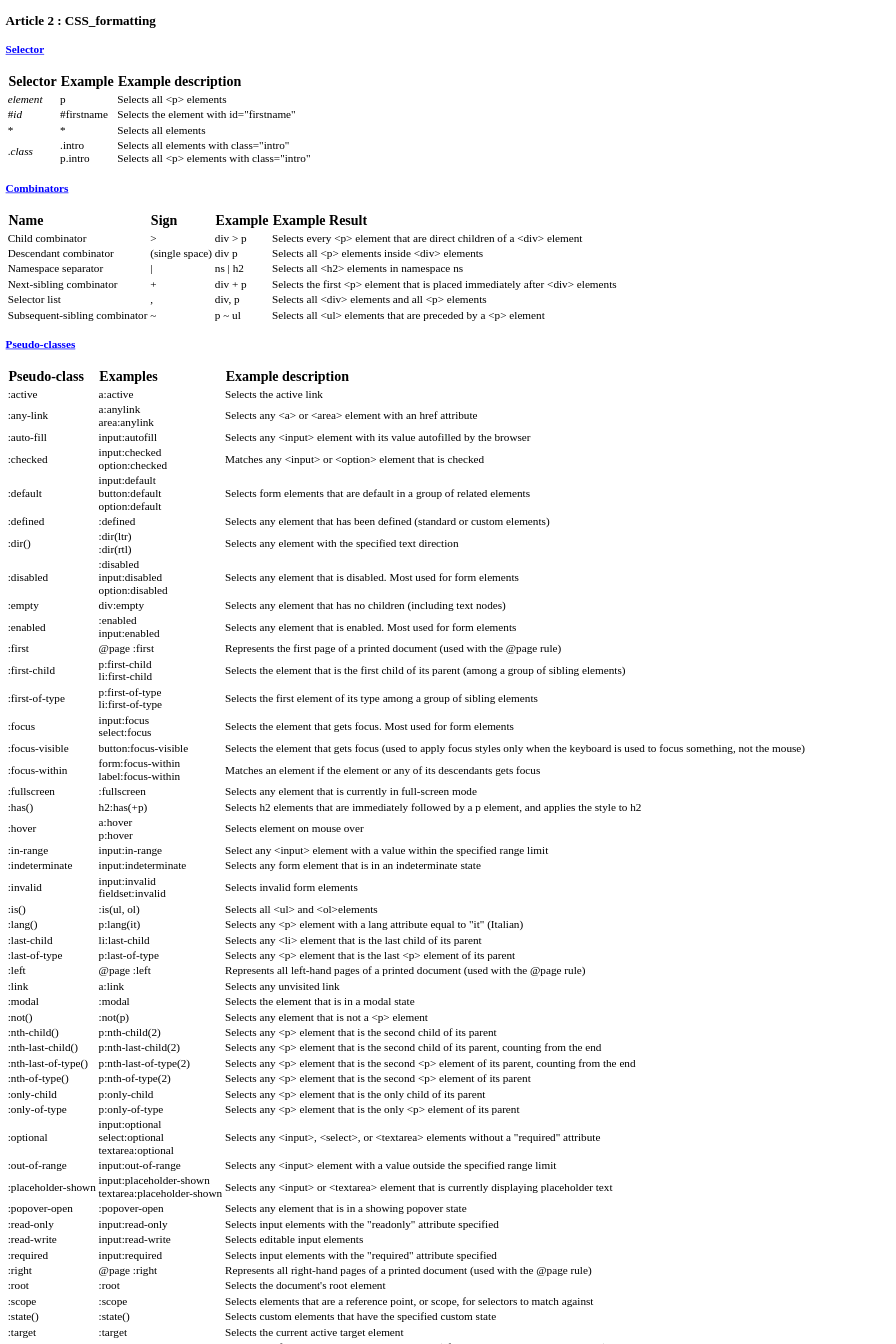
Repository: AnnaSpirit/2025_
Page: Bases/CSS_formatting.html
These files come from the project's save history. The page is drawn as it stood at one moment and after a run of saves; the edit follows.
The browser window is 1280 px wide. The pictures show the part of the page from y = 0 to 1920 px (the page is 2571 px tall), at 70% of full size.

Above is the page before, as saved 2025-01-09 14:19:07.

### Bases/CSS_formatting.html
<!DOCTYPE html>
<html lang="en">
<head>
	<meta charset="UTF-8">
	<meta name="viewport" content="width=device-width, initial-scale=1.0">
	<title>CSS_formatting</title>
	<style>
		th{
		table-layout: auto;
		display: table-cell;
		vertical-align: middle;
		font-weight: bold;
		padding: 2px;
		text-align:justify;
		font-size: 20px;
		}
		.subSection{
			color: blue;
			font-weight: bold;
			text-decoration: underline;
		}
	</style>
</head>
<body>
<h3>Article 2 : CSS_formatting</h3>
<h4 class = "subSection">Selector</h4>
<table>
<tr>
	<th>Selector</th>
	<th>Example</th>
	<th>Example description</th>
</tr>
<tr>
	<td><i>element</i></td>
	<td>p</td>
	<td>Selects all &lt;p&gt; elements</td>
</tr>
<tr>
	<td>#<i>id</i></td>
	<td>#firstname</td>
	<td>Selects the element with id="firstname"</td>
</tr>
<tr>
	<td>*</td>
	<td>*</td>
	<td>Selects all elements</td>
</tr>
<tr>
	<td>.<i>class</i></td>
	<td>.intro<br>p.intro</td>
	<td>Selects all elements with class="intro"<br>Selects all &lt;p&gt; elements with class="intro"
	</td>
</tr>
</table>
<h4 class = "subSection">Combinators</h4>
<table>
<tbody>
	<tr>
		<th>Name</th>
		<th>Sign</th>
		<th>Example</th>
		<th>Example Result</th>
	</tr>
	<tr>
		<td>Child combinator</td>
		<td>&gt;</td>
		<td>div &gt; p</td>
		<td>Selects every &lt;p&gt; element that are direct children of a &lt;div&gt; element</td>
	</tr>
	<tr>
		<td>Descendant combinator</td>
		<td style="">(single space)</td>
		<td>div p</td>
		<td>Selects all &lt;p&gt; elements inside &lt;div&gt; elements</td>
	</tr>
	<tr>
		<td>Namespace separator</td>
		<td>|</td>
		<td>ns | h2</td>
		<td>Selects all &lt;h2&gt; elements in namespace ns</td>
	</tr>
	<tr>
		<td>Next-sibling combinator</td>
		<td>+</td>
		<td>div + p</td>
		<td>Selects the first &lt;p&gt; element that is placed immediately after &lt;div&gt; elements</td>
	</tr>
	<tr>
		<td>Selector list</td>
		<td>,</td>
		<td>div, p</td>
		<td>Selects all &lt;div&gt; elements and all &lt;p&gt; elements</td>
	</tr>
	<tr>
		<td>Subsequent-sibling combinator</td>
		<td>~</td>
		<td>p ~ ul</td>
		<td>Selects all &lt;ul&gt; elements that are preceded by a &lt;p&gt; element</td>
	</tr>
</tbody>
</table>
<h4 class = "subSection">Pseudo-classes</h4>
<table>
<tr>
	<th>Pseudo-class</th>
	<th>Examples</th>
	<th>Example description</th>
</tr>
<tr>
	<td>:active</td>
	<td>a:active</td>
	<td>Selects the active link</td>
</tr>
<tr>
	<td>:any-link</td>
	<td>a:anylink<br>area:anylink</td>
	<td>Selects any &lt;a&gt; or &lt;area&gt; element with an href attribute</td>
</tr>
<tr>
	<td>:auto-fill</td>
	<td>input:autofill</td>
	<td>Selects any &lt;input&gt; element with its value autofilled by the
		browser</td>
</tr>
<tr>
	<td>:checked</td>
	<td>input:checked<br>option:checked</td>
	<td>Matches any &lt;input&gt; or &lt;option&gt; element that is checked</td>
</tr>
<tr>
	<td>:default</td>
	<td>input:default<br>button:default<br>option:default</td>
	<td>Selects form elements that are default in a group of related elements</td>
</tr>
<tr>
	<td>:defined</td>
	<td>:defined</td>
	<td>Selects any element that has been defined (standard or custom
		elements)</td>
</tr>
<tr>
	<td>:dir()</td>
	<td>:dir(ltr)<br>:dir(rtl)</td>
	<td>Selects any element with the specified text direction</td>
</tr>
<tr>
	<td>:disabled</td>
	<td>:disabled<br>input:disabled<br>option:disabled</td>
	<td>Selects any element that is disabled. Most used for form elements</td>
</tr>
<tr>
	<td>:empty</td>
	<td>div:empty</td>
	<td>Selects any element that has no children (including text nodes)</td>
</tr>
<tr>
	<td>:enabled</td>
	<td>:enabled<br>input:enabled</td>
	<td>Selects any element that is enabled. Most used for form elements</td>
</tr>
<tr>
	<td>:first</td>
	<td>@page :first</td>
	<td>Represents the first page of a printed document (used with the @page
		rule)</td>
</tr>
<tr>
	<td>:first-child</td>
	<td>p:first-child<br>li:first-child</td>
	<td>Selects the element that is the first child of its parent (among a group
		of sibling elements)</td>
</tr>
<tr>
	<td>:first-of-type</td>
	<td>p:first-of-type<br>li:first-of-type</td>
	<td>Selects the first element of its type among a group of sibling elements</td>
</tr>
<tr>
	<td>:focus</td>
	<td>input:focus<br>select:focus</td>
	<td>Selects the element that gets focus. Most used for form elements</td>
</tr>
<tr>
	<td>:focus-visible</td>
	<td>button:focus-visible</td>
	<td>Selects the element that gets focus (used to apply focus styles only
		when the keyboard is used to focus something, not the mouse)</td>
</tr>
<tr>
	<td>:focus-within</td>
	<td>form:focus-within<br>label:focus-within</td>
	<td>Matches an element if the element or any of its descendants gets focus</td>
</tr>
<tr>
	<td>:fullscreen</td>
	<td>:fullscreen</td>
	<td>Selects any element that is currently in full-screen mode</td>
</tr>
<tr>
	<td>:has()</td>
	<td>h2:has(+p)</td>
	<td>Selects h2 elements that are immediately followed by a p element, and
		applies the style to h2</td>
</tr>
<tr>
	<td>:hover</td>
	<td>a:hover<br>p:hover</td>
	<td>Selects element on mouse over</td>
</tr>
<tr>
	<td>:in-range</td>
	<td>input:in-range</td>
	<td>Select any &lt;input&gt; element with a value within the specified range
		limit</td>
</tr>
<tr>
	<td>:indeterminate</td>
	<td>input:indeterminate</td>
	<td>Selects any form element that is in an indeterminate state</td>
</tr>
<tr>
	<td>:invalid</td>
	<td>input:invalid<br>fieldset:invalid</td>
	<td>Selects invalid form elements</td>
</tr>
<tr>
	<td>:is()</td>
	<td>:is(ul, ol)</td>
	<td>Selects all &lt;ul&gt; and &lt;ol&gt;elements</td>
</tr>
<tr>
	<td>:lang()</td>
	<td>p:lang(it)</td>
	<td>Selects any &lt;p&gt; element with a lang attribute equal to "it" (Italian)</td>
</tr>
<tr>
	<td>:last-child</td>
	<td>li:last-child</td>
	<td>Selects any &lt;li&gt; element that is the last child of its parent</td>
</tr>
<tr>
	<td>:last-of-type</td>
	<td>p:last-of-type</td>
	<td>Selects any &lt;p&gt; element that is the last &lt;p&gt; element of its parent</td>
</tr>
<tr>
	<td>:left</td>
	<td>@page :left</td>
	<td>Represents all left-hand pages of a printed document (used with the @page
		rule)</td>
</tr>
<tr>
	<td>:link</td>
	<td>a:link</td>
	<td>Selects any unvisited link</td>
</tr>
<tr>
	<td>:modal</td>
	<td>:modal</td>
	<td>Selects the element that is in a modal state</td>
</tr>
<tr>
	<td>:not()</td>
	<td>:not(p)</td>
	<td>Selects any element that is not a &lt;p&gt; element</td>
</tr>
<tr>
	<td>:nth-child()</td>
	<td>p:nth-child(2)</td>
	<td>Selects any &lt;p&gt; element that is the second child of its parent</td>
</tr>
<tr>
	<td>:nth-last-child()</td>
	<td>p:nth-last-child(2)</td>
	<td>Selects any &lt;p&gt; element that is the second child of its parent, counting from the
		end</td>
</tr>
<tr>
	<td>:nth-last-of-type()</td>
	<td>p:nth-last-of-type(2)</td>
	<td>Selects any &lt;p&gt; element that is the second &lt;p&gt; element of its parent, counting from the
		end</td>
</tr>
<tr>
	<td>:nth-of-type()</td>
	<td>p:nth-of-type(2)</td>
	<td>Selects any &lt;p&gt; element that is the second &lt;p&gt; element of its parent</td>
</tr>
<tr>
	<td>:only-child</td>
	<td>p:only-child</td>
	<td>Selects any &lt;p&gt; element that is the only child of its parent</td>
</tr>
<tr>
	<td>:only-of-type</td>
	<td>p:only-of-type</td>
	<td>Selects any &lt;p&gt; element that is the only &lt;p&gt; element of its parent</td>
</tr>
<tr>
	<td>:optional</td>
	<td>input:optional<br>select:optional<br>textarea:optional</td>
	<td>Selects any &lt;input&gt;, &lt;select&gt;, or &lt;textarea&gt; elements without
		a "required" attribute</td>
</tr>
<tr>
	<td>:out-of-range</td>
	<td>input:out-of-range</td>
	<td>Selects any &lt;input&gt; element with a value outside the specified range
		limit</td>
</tr>
<tr>
	<td>:placeholder-shown</td>
	<td>input:placeholder-shown<br>
		textarea:placeholder-shown</td>
	<td>Selects any &lt;input&gt; or &lt;textarea&gt; element that is currently displaying
		placeholder text</td>
</tr>
<tr>
	<td>:popover-open</td>
	<td>:popover-open</td>
	<td>Selects any element that is in a showing popover state</td>
</tr>
<tr>
	<td>:read-only</td>
	<td>input:read-only</td>
	<td>Selects input elements with the "readonly" attribute specified</td>
</tr>
<tr>
	<td>:read-write</td>
	<td>input:read-write</td>
	<td>Selects editable input elements</td>
</tr>
<tr>
	<td>:required</td>
	<td>input:required</td>
	<td>Selects input elements with the "required" attribute specified</td>
</tr>
<tr>
	<td>:right</td>
	<td>@page :right</td>
	<td>Represents all right-hand pages of a printed document (used with the @page
		rule)</td>
</tr>
<tr>
	<td>:root</td>
	<td>:root</td>
	<td>Selects the document's root element</td>
</tr>
<tr>
	<td>:scope</td>
	<td>:scope</td>
	<td>Selects elements that are a reference point, or scope, for selectors to
		match against</td>
</tr>
<tr>
	<td>:state()</td>
	<td>:state()</td>
	<td>Selects custom elements that have the specified custom state</td>
</tr>
<tr>
	<td>:target</td>
	<td>:target </td>
	<td>Selects the current active target element</td>
</tr>
<tr>
	<td>:user-invalid</td>
	<td>:user-invalid</td>
	<td>Selects any form element with an invalid value (after the user have
		interacted with it)</td>
</tr>
<tr>
	<td>:user-valid</td>
	<td>:user-valid</td>
	<td>Selects any form element with a valid value (after the user have
		interacted with it)</td>
</tr>
<tr>
	<td>:valid</td>
	<td>input:valid</td>
	<td>Selects all input elements with a valid value</td>
</tr>
<tr>
	<td>:visited</td>
	<td>a:visited<br>area:visited</td>
	<td>Selects all visited links</td>
</tr>
<tr>
	<td>:where()</td>
	<td>:where(ol, ul)</td>
	<td>Selects all &lt;ul&gt; and &lt;ol&gt;elements</td>
</tr>
</table>
<h4 class = "subSection">Pseudo-elements</h4>
<table>
	<tr>
		<th>Pseudo-element</th>
		<th>Example</th>
		<th>Example description</th>
	</tr>
	<tr>
		<td>::after</td>
		<td>p::after<br>div::after</td>
		<td>Inserts something after the content of the specified element</td>
	</tr>
	<tr>
		<td>::backdrop</td>
		<td>dialog::backdrop</td>
		<td>Styles the viewbox behind a dialog box or popover element</td>
	</tr>
	<tr>
		<td>::before</td>
		<td>p::before<br>div::before</td>
		<td>Inserts something before the content of the specified element</td>
	</tr>
	<tr>
		<td>::file-selector-button</td>
		<td>::file-selector-button</td>
		<td>Selects any button of type &lt;input type="file"&gt;</td>
	</tr>
	<tr>
		<td>::first-letter</td>
		<td>p::first-letter</td>
		<td>Selects the first letter of every &lt;p&gt; element</td>
	</tr>
	<tr>
		<td>::first-line</td>
		<td>p::first-line</td>
		<td>Selects the first line of every &lt;p&gt; element</td>
	</tr>
	<tr>
		<td>::grammar-error</td>
		<td>::grammar-error</td>
		<td>Styles a text that the browser has flagged as grammatically incorrect</td>
	</tr>
	<tr>
		<td>::highlight()</td>
		<td>::highlight(custom-name)</td>
		<td>Selects a custom highlight</td>
	</tr>
	<tr>
		<td>::marker</td>
		<td>::marker</td>
		<td>Selects the markers of list items</td>
	</tr>
	<tr>
		<td>::placeholder</td>
		<td>input::placeholder<br>textarea::placeholder</td>
		<td>Styles the placeholder text of &lt;input&gt; or &lt;textarea&gt; elements</td>
	</tr>
	<tr>
		<td>::selection</td>
		<td>::selection</td>
		<td>Styles the user-selected text</td>
	</tr>
	<tr>
		<td>::spelling-error</td>
		<td>::spelling-error</td>
		<td>Styles a text that the browser has flagged as incorrectly spelled</td>
	</tr>
	<tr>
		<td>::view-transition</td>
		<td>::view-transition</td>
		<td>Represents the root of the view transitions overlay, which contains all
			view transition on the page</td>
	</tr>
	<tr>
		<td>::view-transition-group</td>
		<td>::view-transition-group</td>
		<td>Represents a single view transition snapshot group</td>
	</tr>
	<tr>
		<td>::view-transition-image-pair</td>
		<td>::view-transition-image-pair</td>
		<td>Represents a container for a view transition's "old" and "new" view
			states - before and after the transition</td>
	</tr>
	<tr>
		<td>::view-transition-new</td>
		<td>::view-transition-new</td>
		<td>Represents the "new" view state of a view transition</td>
	</tr>
	<tr>
		<td>::view-transition-old</td>
		<td>::view-transition-old</td>
		<td>Represents the "old" view state of a view transition</td>
	</tr>
</tbody>
</table>
</body>
</html>

After the next 3 saves:
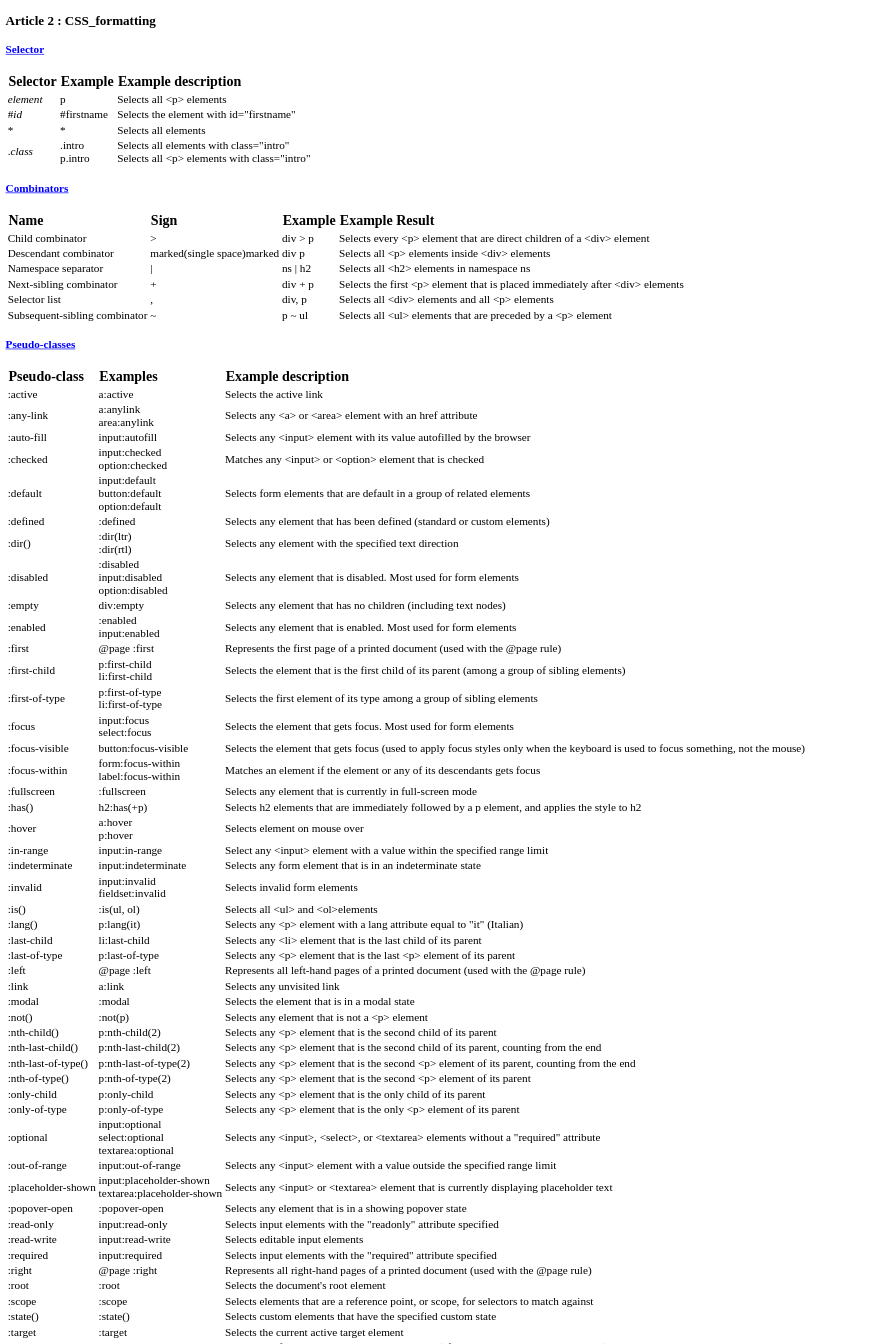
The 3 saves are shown as one change because they came seconds apart.
The last was saved 10 s later.
--- a/Bases/CSS_formatting.html
+++ b/Bases/CSS_formatting.html
@@ -69,7 +69,7 @@
 	</tr>
 	<tr>
 		<td>Descendant combinator</td>
-		<td style="">(single space)</td>
+		<td>marked(single space)marked</td>
 		<td>div p</td>
 		<td>Selects all &lt;p&gt; elements inside &lt;div&gt; elements</td>
 	</tr>
